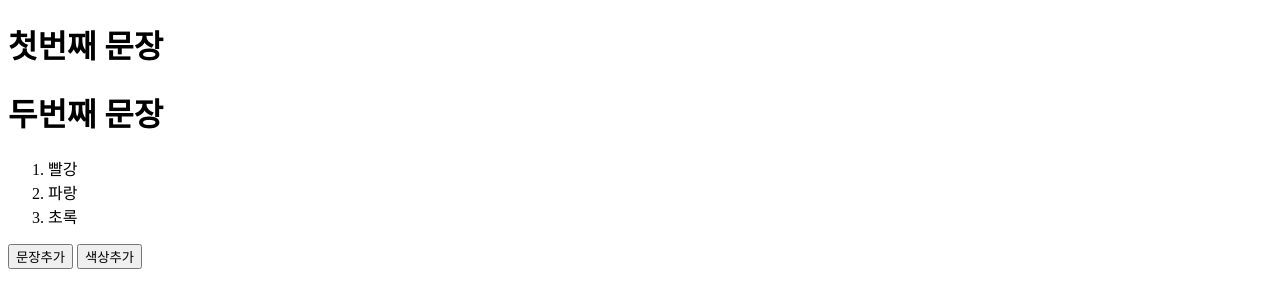
Repository: chopilyeon/JavaWeb
Page: LectureWeb/src/main/webapp/jquery/exam04.html
An editor plug-in stored every save of this project. The page is shown before and after the next save, followed by the edit.
The browser window is 1280 px wide. The pictures show the whole page.

Above is the page before, as saved 2022-05-30 08:02:23.

After the next save:
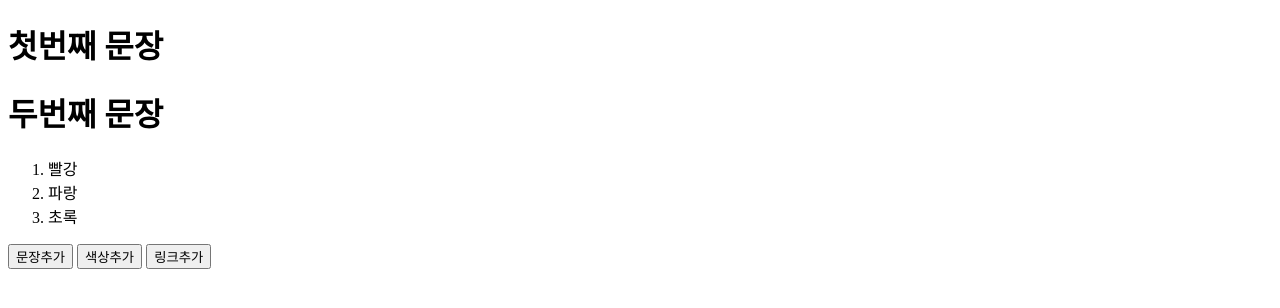
Console error: ReferenceError: after is not defined
Saved 2 min 33 s later.
--- a/LectureWeb/src/main/webapp/jquery/exam04.html
+++ b/LectureWeb/src/main/webapp/jquery/exam04.html
@@ -19,7 +19,7 @@
 	//이렇게 한방에 해결할 수 있음
 	*/
 	$('#btn01').click(function(){
-
+	//댓글이 위에 달리는지 밑에 달리는지는 여기서 설정한다!!
 	//$('div').append('<h1>세번째 문장</h1>')
 	$('div').prepend('<h1>세번째 문장</h1>') // 이거는 큰자식으로 들어가게 됨
 	//div의 자식태그로 넣어주겠다 이거임. 위에꺼보다 훨씬 간단함.
@@ -29,6 +29,9 @@
 	})
 
 
+	//<after> 치면은 바로 옆에다가 만들 수 있음.
+	after('<button>')
+	before()
 
 
 })
@@ -50,6 +53,7 @@
 	</ol>
 	<button id="btn01">문장추가</button>
 	<button id="btn02">색상추가</button>
+	<button id="btn03">링크추가</button>
 
 </body>
 </html>

After the 2 saves that followed:
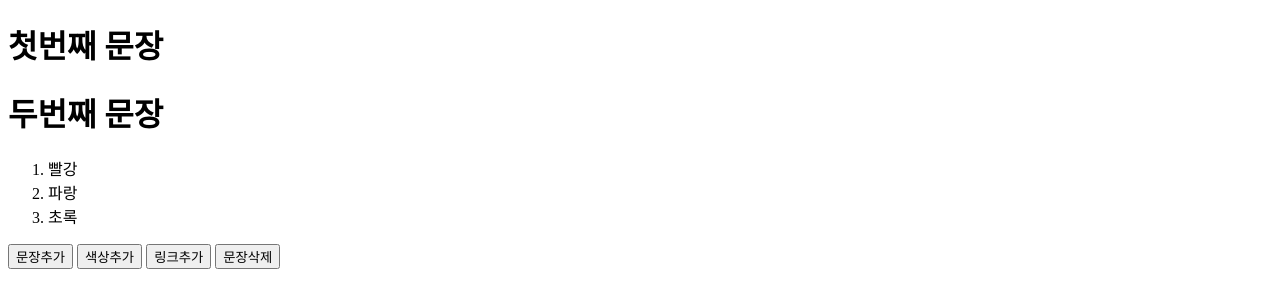
The error is gone.
The 2 saves are shown as one change because 1 left the picture as it was.
The last was saved 6 min 1 s later.
--- a/LectureWeb/src/main/webapp/jquery/exam04.html
+++ b/LectureWeb/src/main/webapp/jquery/exam04.html
@@ -30,8 +30,18 @@
 
 
 	//<after> 치면은 바로 옆에다가 만들 수 있음.
-	after('<button>')
-	before()
+	//after('<button>')
+	//before()
+	$('#btn03').click(function(){
+		$('div').before('<a href="http://www.naver.com">네이버</a>') // 형제로 가는게 before after
+	})
+
+
+	//자식으로 가는게 append prepend임
+
+
+
+
 
 
 })
@@ -54,6 +64,7 @@
 	<button id="btn01">문장추가</button>
 	<button id="btn02">색상추가</button>
 	<button id="btn03">링크추가</button>
+	<button id="btn04">문장삭제</button>
 
 </body>
 </html>
